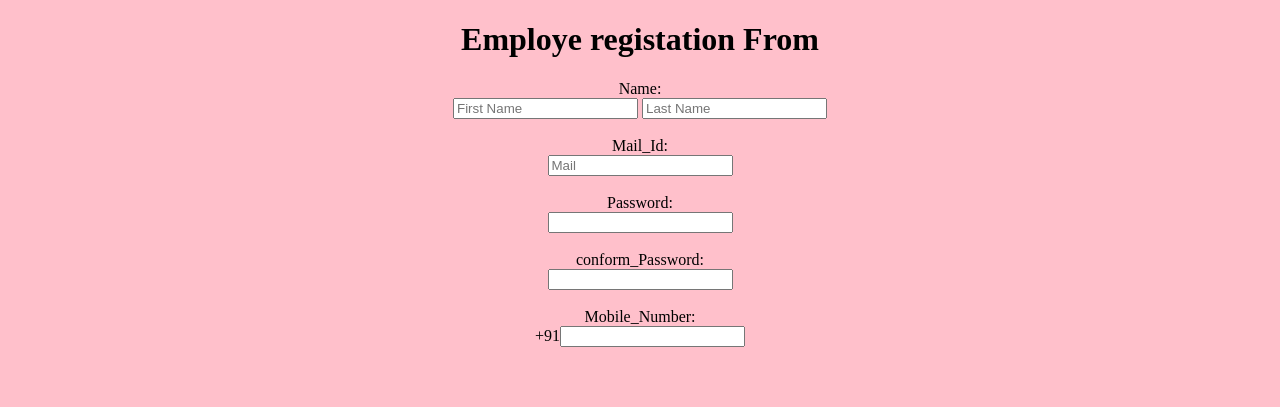
Repository: AbubakarShaik/Java_J2EE_Project
Page: http://localhost/com.testprojectServlet/Registration.jsp
The author's editor kept a copy of each file at every save. The page is drawn from the files as they stood at one save, then again after the next save.
The browser window is 1280 px wide. The pictures show the whole page.
The page is served by Tomcat 9. Other server files are loaded and not shown.

Above is the page before, as saved 2016-12-20 17:41:09.

### com.testprojectServlet/WebContent/Registration.jsp
<%@ page language="java" contentType="text/html; charset=ISO-8859-1"
    pageEncoding="ISO-8859-1"%>
<!DOCTYPE html PUBLIC "-//W3C//DTD HTML 4.01 Transitional//EN" "http://www.w3.org/TR/html4/loose.dtd">
<html>
<head>
<meta http-equiv="Content-Type" content="text/html; charset=ISO-8859-1">
<title>Insert title here</title>
</head>
<body bgcolor="pink">

<center>

<h1> Employe registation From</h1>

Name:<br><input type="text" name="firstName" placeholder="First Name"> <input type="text" name="LastName"placeholder="Last Name">
<br>

<br>
Mail_Id:<br>
<input type="text" name="Mail Id" placeholder="Mail" >
<br>

<br>
Password:<br>
<input type="text" name="Password">
<br>

<br>
conform_Password:<br>
<input type="text" name="Password">
<br>

<br>
Mobile_Number:<br>
+91<input type="text" name="Number" maxlength="10">

</center>

</body>
</html>

After the next save:
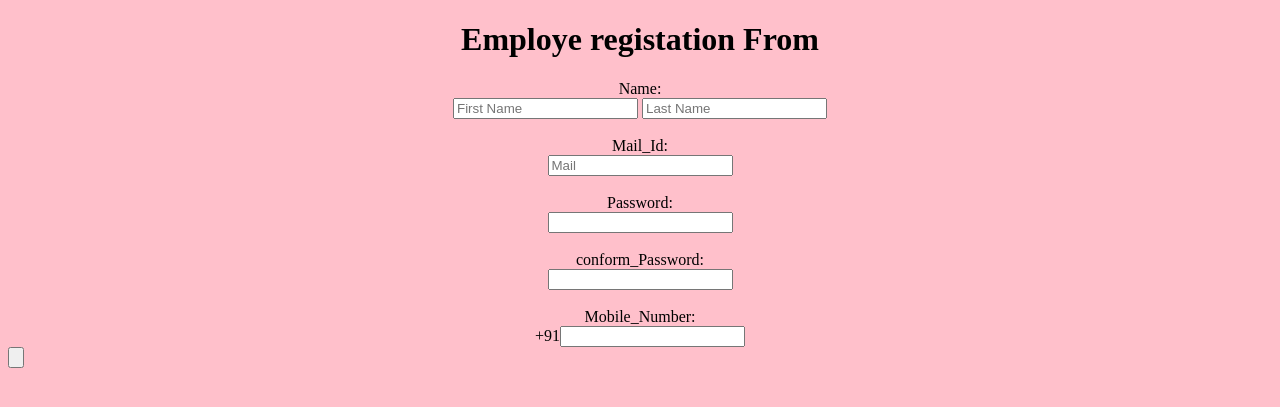
Saved 2 min 7 s later.
--- a/com.testprojectServlet/WebContent/Registration.jsp
+++ b/com.testprojectServlet/WebContent/Registration.jsp
@@ -33,8 +33,10 @@ conform_Password:<br>
 <br>
 Mobile_Number:<br>
 +91<input type="text" name="Number" maxlength="10">
+<br>
+</center>
 
-</center>
+<input type="button" name="Submit">
 
 </body>
 </html>
